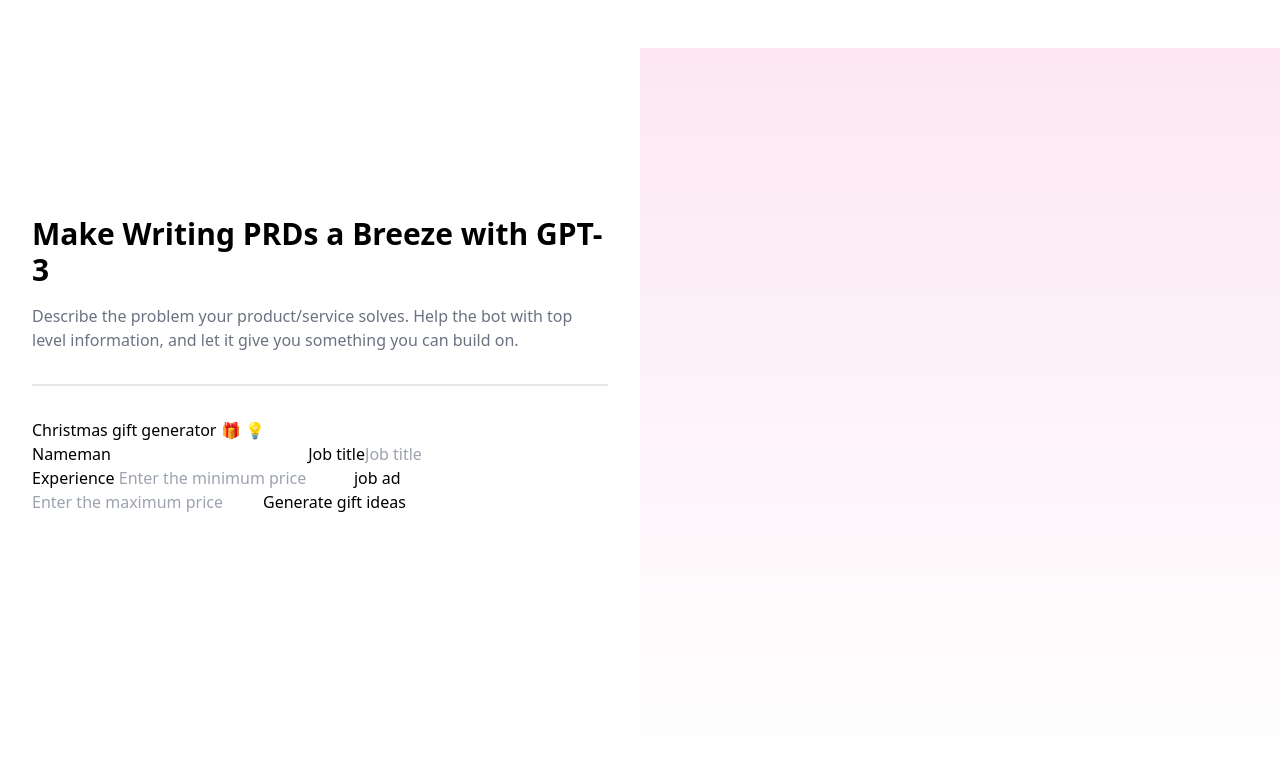
Repository: hamza-mastar/chatgpt-jpbad
Page: /
An editor plug-in stored every save of this project. The page is shown before and after the next save, followed by the edit.
The browser window is 1280 px wide. The pictures show the whole page.
The project was rebuilt for these pictures with package versions that can differ from the ones it lists, and the page was loaded fresh each time. The framework's server and built-in components were replaced by stand-ins that run in the browser.

Above is the page before, as saved 2023-01-30 04:33:32.

### pages/_app.js
import 'tailwindcss/tailwind.css'

import '../styles/globals.css'

export default function MyApp({ Component, pageProps }) {
  return <Component {...pageProps} />
}

### pages/index.js
import Head from 'next/head';
import React from 'react';
import { useState } from 'react';

import styles from './index.module.css';


// import './gifts.css'




export default function Home() {
  const [name, setName] = useState('man');
  const [job_title, setJob_title] = useState("");
  const [experience, setExperience] = useState("");
  const [job_ad, setJob_ad] = useState("");

  const [loading, setLoading] = useState(false);

  const [result, setResult] = useState('');

  async function onSubmit(event) {
    event.preventDefault();
    if (loading) {
      return;
    }
    setLoading(true);
    setResult('hamza');
    const response = await fetch('/api/generate-gifts', {
      method: 'POST',
      headers: {
        'Content-Type': 'application/json',
      },
      body: JSON.stringify({ name, job_title, experience, job_ad}),
    });
    const data = await response.json();
    setResult(data.result.replaceAll('\n', '<br />'));
    setLoading(false);
  }


  return (
    <>



    <dody class="h-full px-5 sm:px-6">
      <div class="flex relative sm:flex-col md: flex-col">

      <Head>
        <title>OpenAI Quickstart</title>
        <link rel="icon" href="/dog.png" />
      </Head>

      <main className={styles.main}>
     <div class="min-h-screen w-full lg:w-1/2 relative">
    <div class="h-full px-5 sm:px-6">
      <div class="h-full w-full max-w-xl mx-auto flex flex-col after:mt-auto after:flex-1">
        <header class="sm:flex-1 flex mb-auto sm:py-10 pt-6 items-center sm:justify-between flex-col sm:flex-row" >
          <div class="flex items-center justify-between h-24 md:h-20"> </div>

            {/* logo icone login  */}
            </header>
            <div class="flex-1 py-8">
           <div  class="mb-4" >
           <h1 class="text-3xl font-bold font-inter mb-2"> Make Writing PRDs a Breeze with GPT-3 </h1>
           <div class="text-gray-500 mt-4 mb-6"> Describe the problem your product/service solves. Help the bot with top level information, and let it give you something you can build on. </div>
           <div class="divide-y divide-gray-200 my-8 relative border"></div>





        <h3  >Christmas gift generator 🎁 💡</h3>
        <form  onSubmit={onSubmit} class="mb-12 relative">
          <label>Name</label>
          <input
            type="text"
            name="name"
            placeholder="Enter the Name"
            value={name}
            onChange={(e) => setName(e.target.value)}
          />


          <label>Job title</label>
          <input
            type="text"
            name="job_title"
            placeholder="Job title"
            value={job_title}
            onChange={(e) => setJob_title(e.target.value)}
          />

          <label>Experience </label>
          <input
            type="text"
            name="experience"
            placeholder="Enter the minimum price"
            value={experience}
            onChange={(e) => setExperience(e.target.value)}
          />

          <label> job ad</label>
          <input
            type="text"
            name="job_ad"
            placeholder="Enter the maximum price"
            value={job_ad}
            onChange={(e) => setJob_ad(e.target.value)}
          />



          <input type="submit" value="Generate gift ideas" />

        </form>
        </div>
       </div>
        </div>
        </div>
          </div>

          {/* loging page ////////////////// */}

          <div class="relative lg:fixed right-0 bottom-0 lg:block lg:w-1/2 overflow-hidden sm:px-5 lg:h-full h-auto overflow-y-auto top-12">
            <div class="absolute inset-0 bg-gradient-to-b from-pink-100 to-white pointer-events-none -z-10" >
              {/* <div class="hidden md:block absolute right-0 pointer-events-none -z-10"> */}
                <div class="h-auto">
                {/* <div class="p-6 pb-0 h-[calc(100vh-6rem)]" > */}
                {/* <div class="form-textarea relative text-base w-full p-4 px-8 overflow-scroll h-[calc(100%-1rem)] shadow-2xl flex items-center justify-center" > */}
                {/* <div class="text-pink-600 font-mono text-left text-base font-semibold absolute top-4 left-4"> */}
        {loading && (
          <div>
            <h3>Looking for the best gift ideas 🎁 💡</h3>
            <img src="/loading.gif" className={styles.loading} />
          </div>



        )}
        <div class="is-typed pb-0 h-[calc(100vh-6rem)] form-textarea relative text-base w-full p-4 px-8 overflow-scroll   flex items-center justify-center "
          className={styles.result}
          dangerouslySetInnerHTML={{ __html: result }}


        />
        </div>
        </div>
        </div>
        {/* </div> */}
        {/* </div> */}
        {/* </div>
        </div> */}
      </main>
      </div>

      </dody>


    </>
  );
}
// Name Job_title Experience job_ad

### pages/index.module.css


@font-face {
  font-family: "ColfaxAI";
  src: url(https://cdn.openai.com/API/fonts/ColfaxAIRegular.woff2)
      format("woff2"),
    url(https://cdn.openai.com/API/fonts/ColfaxAIRegular.woff) format("woff");
  font-weight: normal;
  font-style: normal;
}
@font-face {
  font-family: "ColfaxAI";
  src: url(https://cdn.openai.com/API/fonts/ColfaxAIBold.woff2) format("woff2"),
    url(https://cdn.openai.com/API/fonts/ColfaxAIBold.woff) format("woff");
  font-weight: bold;
  font-style: normal;
}
/* .main,
.main input {
  font-size: 16px;
  line-height: 24px;
  color: #353740;
  font-family: "ColfaxAI", Helvetica, sans-serif;
}
.main {
  display: flex;
  flex-direction: column;
  align-items: center;
  padding-top: 60px;
}
.main .icon {
  width: 34px;
}
.main h3 {
  font-size: 32px;
  line-height: 40px;
  font-weight: bold;
  color: #202123;
  margin: 16px 0 40px;
}
.main form {
  display: flex;
  flex-direction: column;
  width: 320px;
}
.main input[type="text"] {
  padding: 12px 16px;
  border: 1px solid #10a37f;
  border-radius: 4px;
  margin-bottom: 24px;
  outline-color: #10a37f;
}
.main ::placeholder {
  color: #8e8ea0;
  opacity: 1;
}
.main input[type="submit"] {
  padding: 12px 0;
  color: #fff;
  background-color: #10a37f;
  border: none;
  border-radius: 4px;
  text-align: center;
  cursor: pointer;
}
.main .result {
  padding: 100px;
  font-weight: bold;
  margin-top: 40px;
  position:absolute;
  display: flex;
  justify-content: end;
} */

.main .loading {
  width: 50;
}

/* .main input[type="text"],
.main input[type="number"],
.main select {
  padding: 12px 16px;
  border: 1px solid #10a37f;
  border-radius: 4px;
  margin-bottom: 12px;
  margin-top: 4px;
}
.hamza {
  background-color: #10a37f;
} */






.relative {
  position: relative;
}

.nano {
  background-color: white;
  color: black;
  display: flex;
  overflow: scroll;
}

.form-textarea{
  border-width: 1px;
  --tw-border-opacity: 1;
  border-color: rgb(209 213 219 / var(--tw-border-opacity));
  --tw-bg-opacity: 1;
  background-color: rgb(255 255 255 / var(--tw-bg-opacity));
  height: 600px;
  width: 600px;
}

.texxt-base {
  font-size: 18px;
  line-height: 1.5;
  letter-spacing: -.01em;
  color: black

}
.typed {
  color: #1f2937;
  white-space: break-spaces;
  font-size: 100px;
}
@media only screen and (max-width: 600px) {
  .goho {
    width: auto;
    display: flex;
    justify-content:center ;

  }
}

Loaded but not shown: styles/globals.css (common file); tailwind.config.js (common file)

After the next save:
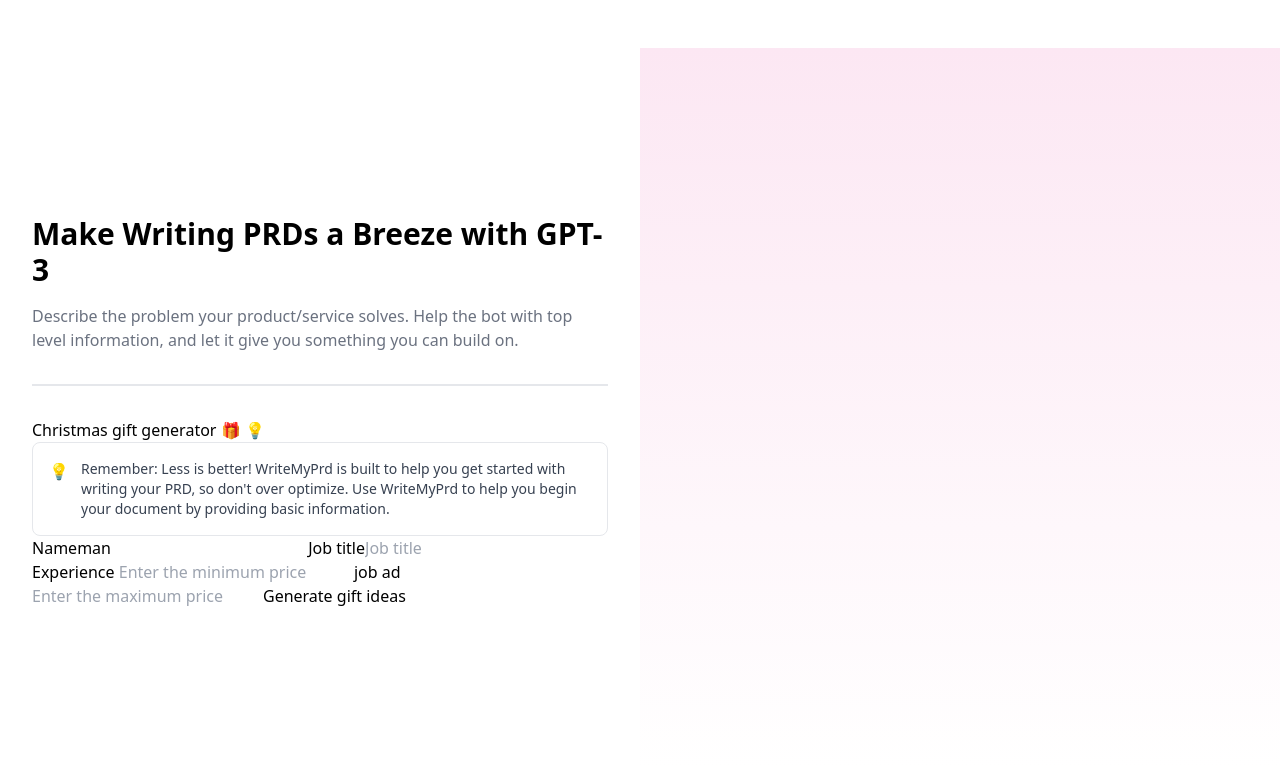
Saved 25 s later.
--- a/pages/index.js
+++ b/pages/index.js
@@ -74,6 +74,7 @@ export default function Home() {
 
         <h3  >Christmas gift generator 🎁 💡</h3>
         <form  onSubmit={onSubmit} class="mb-12 relative">
+        <div class="rounded-lg bg-white border p-4"><div class="flex"><div class="flex-shrink-0">💡</div><div class="ml-3 flex-1 md:flex md:justify-between"><p class="text-sm text-gray-700 font-medium"> Remember: Less is better! WriteMyPrd is built to help you get started with writing your PRD, so don't over optimize. Use WriteMyPrd to help you begin your document by providing basic information. </p></div></div></div>
           <label>Name</label>
           <input
             type="text"
